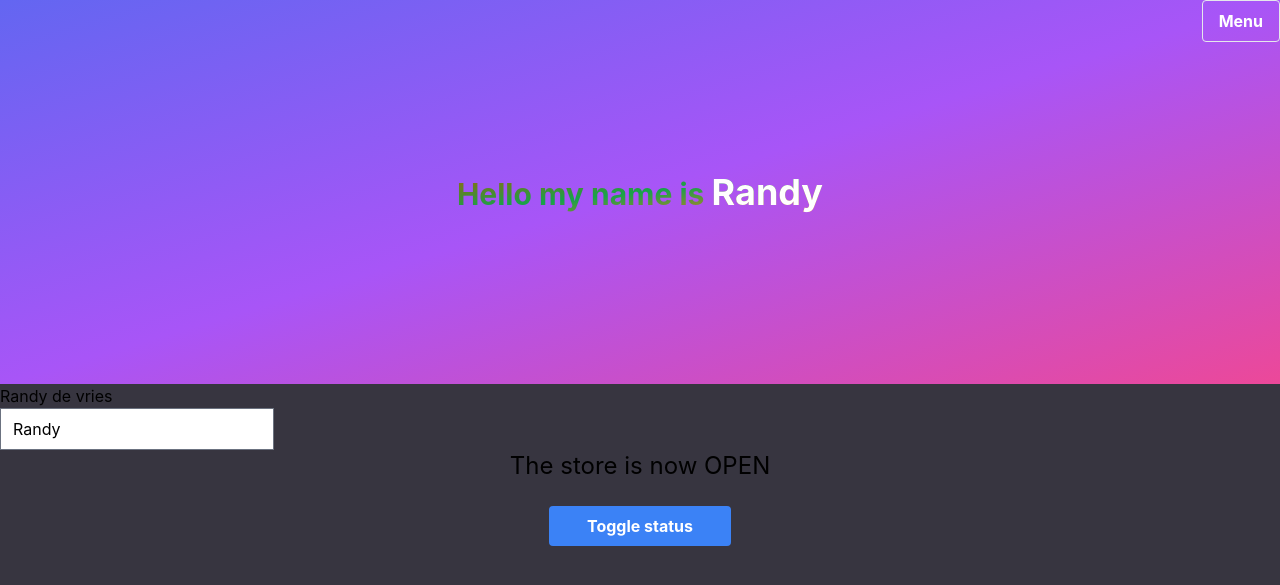
Repository: Freezler/az-900_svelte5
Page: /
An editor plug-in stored every save of this project. The page is shown before and after the next save, followed by the edit.
The browser window is 1280 px wide. The pictures show the whole page.
The project was rebuilt for these pictures with package versions that can differ from the ones it lists, and the page was loaded fresh each time. The framework's server and built-in components were replaced by stand-ins that run in the browser. Also part of the build but not shown: vite.config.ts.

Above is the page before, as saved 2024-11-02 12:30:57.

After the next save:
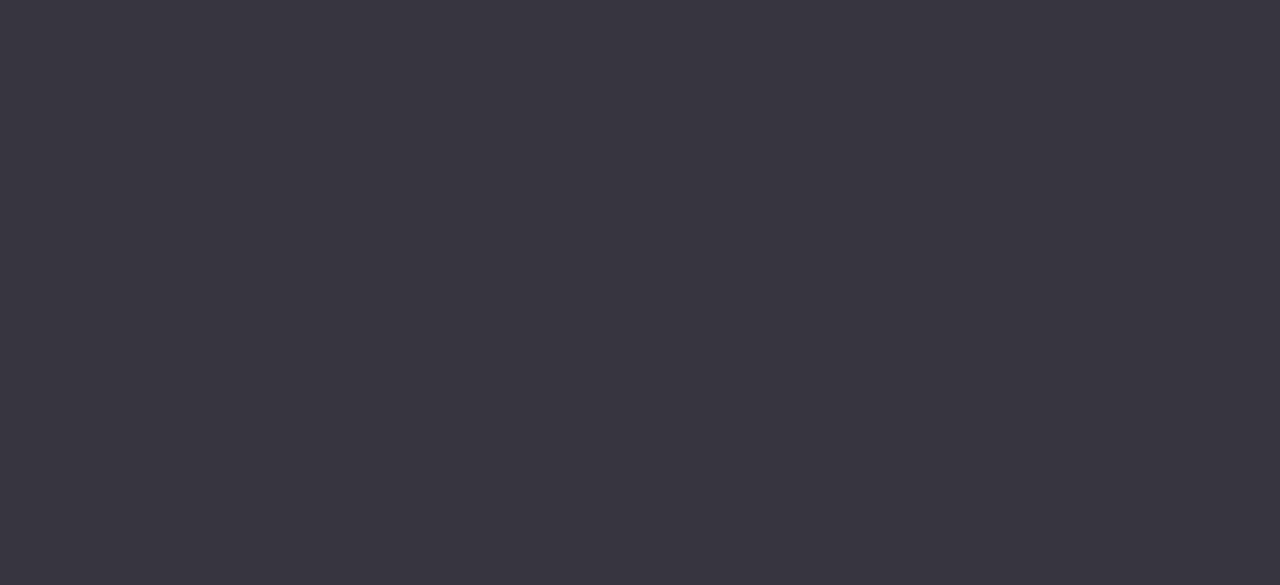
Console error: ReferenceError: om is not defined
Saved 70 s later.
--- a/src/components/Popover.svelte
+++ b/src/components/Popover.svelte
@@ -1,4 +1,5 @@
 <script lang="ts">
+	om
 	let status: string;
 
 	function toggle() {

After the 3 saves that followed:
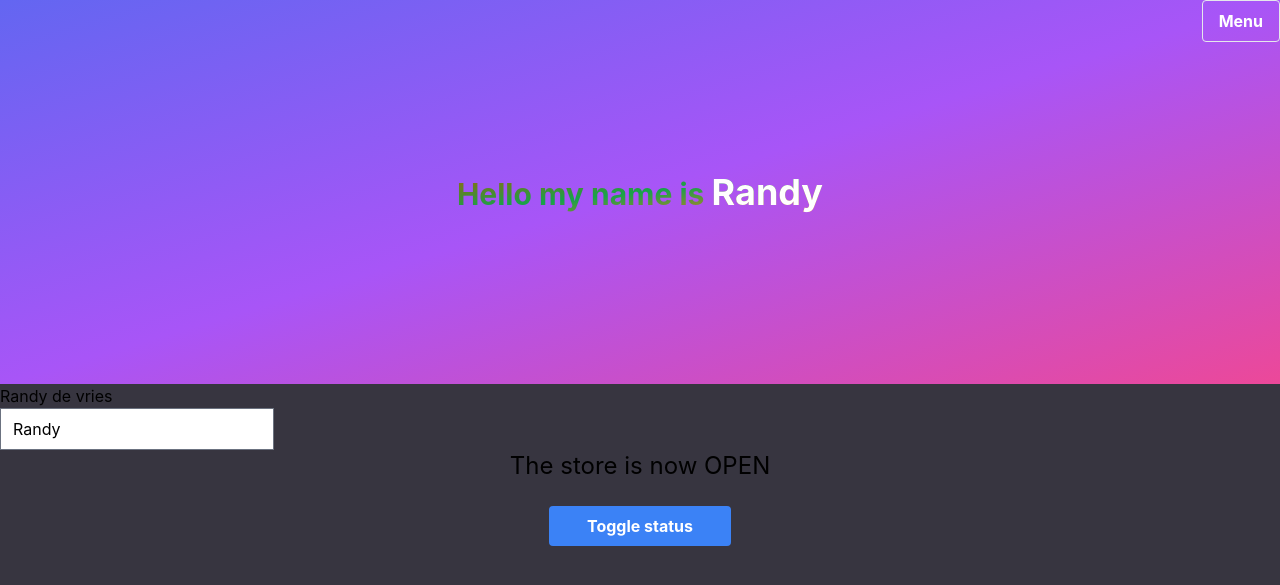
The error is gone.
The 3 saves are shown as one change because 2 did not build or start.
The last was saved 14 s later.
--- a/src/components/Popover.svelte
+++ b/src/components/Popover.svelte
@@ -1,5 +1,5 @@
 <script lang="ts">
-	om
+	import { fly } from 'svelte/transition';
 	let status: string;
 
 	function toggle() {
